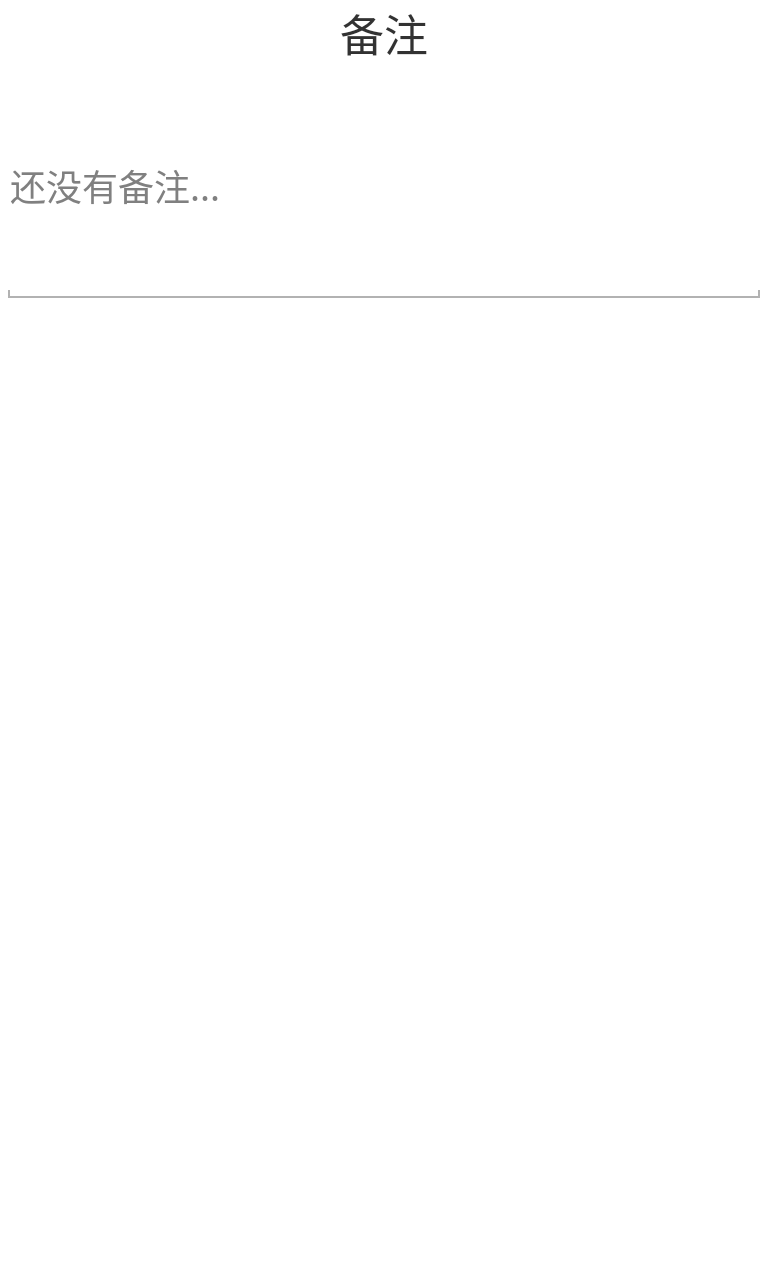
Repository: zhuyue1314/SysuLibrary
Layout: SysuLibrary-android/SysuMobileLibrary/res/layout/note_dialog.xml
These files come from the project's save history. The layout is drawn as it stood at one moment and after the next save; the edit follows.
It is drawn on a 768 x 1280 px phone screen (xhdpi) without system bars, with theme AppTheme; the app's code is not run.

Above is the layout before, as saved 2015-12-30 15:27:42.

### SysuLibrary-android/SysuMobileLibrary/res/layout/note_dialog.xml
<?xml version="1.0" encoding="utf-8"?>
<LinearLayout xmlns:android="http://schemas.android.com/apk/res/android"
    android:layout_width="wrap_content"
    android:layout_height="wrap_content"
    android:orientation="vertical" >

    <TextView
        android:layout_width="match_parent"
        android:layout_height="wrap_content"
        android:gravity="center"
        android:textSize="22sp"
        android:text="备注" />

    <EditText
        android:id="@+id/et_note"
        android:layout_width="match_parent"
        android:layout_height="wrap_content"
        android:hint="还没有备注..."
        android:inputType="textMultiLine"
        android:minLines="5"
        android:padding="5dp" />

</LinearLayout>

### SysuLibrary-android/SysuMobileLibrary/res/values/styles.xml
<resources>


    <!-- 标题1样式 -->
    <style name="txt_titleStyle1">
        <item name="android:layout_width">wrap_content</item>
        <item name="android:layout_height">wrap_content</item>
        <item name="android:textSize">20sp</item>
        <item name="android:textColor">@color/white</item>
    </style>
    <!-- 图片样式 -->
    <style name="img_Style">
        <item name="android:layout_width">wrap_content</item>
        <item name="android:layout_height">wrap_content</item>
        <item name="android:contentDescription">@string/app_name</item>
    </style>

    <style name="TxtTitle" parent="@style/img_Style">
        <item name="android:textSize">18sp</item>
        <item name="android:textColor">#000000</item>
        <item name="android:paddingLeft">6.0dip</item>
        <item name="android:paddingRight">6.0dip</item>
        <item name="android:focusable">false</item>
    </style>

    <style name="tab_menu_item">
        <item name="android:layout_width">0dp</item>
        <item name="android:layout_weight">1</item>
        <item name="android:layout_height">match_parent</item>
        <item name="android:background">@drawable/tab_menu_bg</item>
        <item name="android:button">@null</item>
        <item name="android:gravity">center</item>
        <item name="android:paddingTop">3dp</item>
        <item name="android:textColor">@drawable/tab_menu_text</item>
        <item name="android:textSize">15sp</item>
    </style>
    <!--
        Base application theme, dependent on API level. This theme is replaced
        by AppBaseTheme from res/values-vXX/styles.xml on newer devices.



    -->
    <style name="AppBaseTheme" parent="android:Theme.Light">
        <!--
            Theme customizations available in newer API levels can go in
            res/values-vXX/styles.xml, while customizations related to
            backward-compatibility can go here.



        -->
    </style>

    <!-- Application theme. -->
    <style name="AppTheme" parent="AppBaseTheme">
        <!-- All customizations that are NOT specific to a particular API-level can go here. -->
    </style>

</resources>

Loaded but not shown: SysuLibrary-android/SysuMobileLibrary/res/values-v11/styles.xml (common file); SysuLibrary-android/SysuMobileLibrary/res/values-v14/styles.xml (common file)

After the next save:
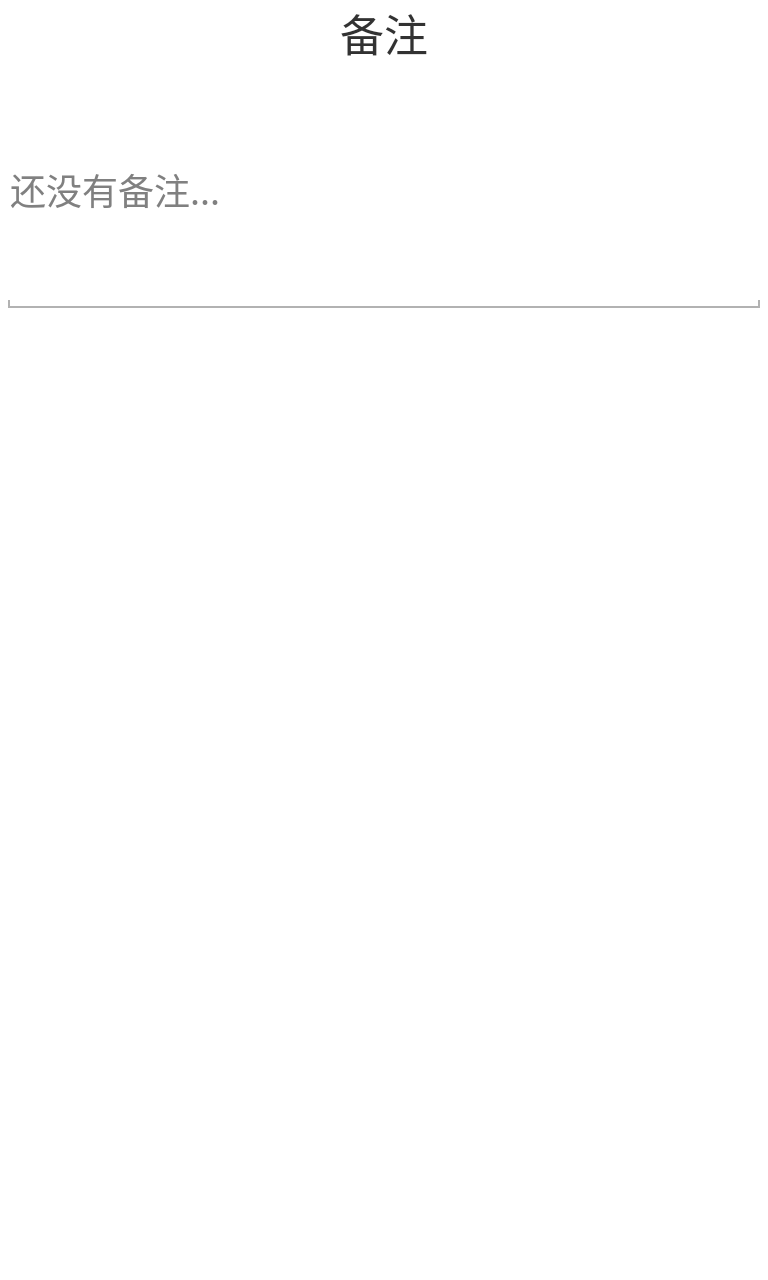
Saved 60 s later.
--- a/SysuLibrary-android/SysuMobileLibrary/res/layout/note_dialog.xml
+++ b/SysuLibrary-android/SysuMobileLibrary/res/layout/note_dialog.xml
@@ -18,6 +18,7 @@
         android:hint="还没有备注..."
         android:inputType="textMultiLine"
         android:minLines="5"
-        android:padding="5dp" />
+        android:paddingLeft="5dp"
+        android:paddingRight="5dp" />
 
 </LinearLayout>
